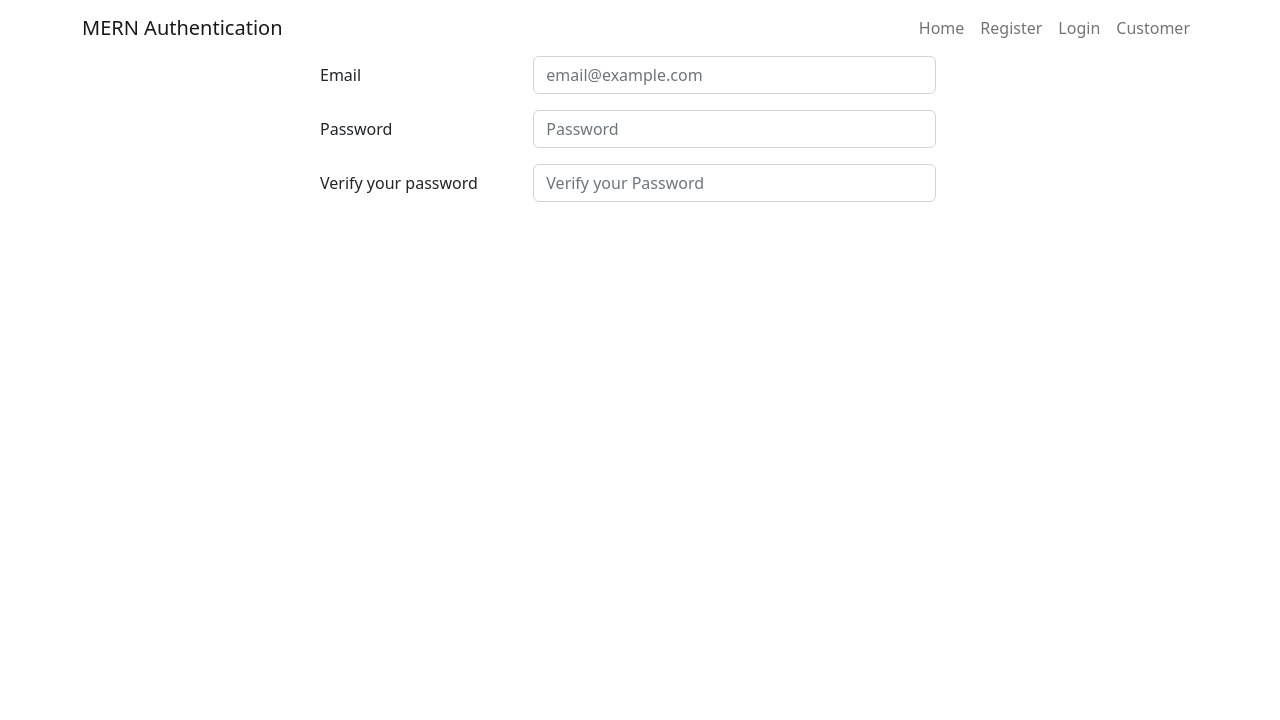
Repository: RubaHusam/MERN-Auth
Page: /register (app in frontend/)
An editor plug-in stored every save of this project. The page is shown before and after the next save, followed by the edit.
The browser window is 1280 px wide. The pictures show the whole page.
The project was rebuilt for these pictures with package versions that can differ from the ones it lists, and the page was loaded fresh each time.

Above is the page before, as saved 2023-01-27 19:02:45.

After the next save:
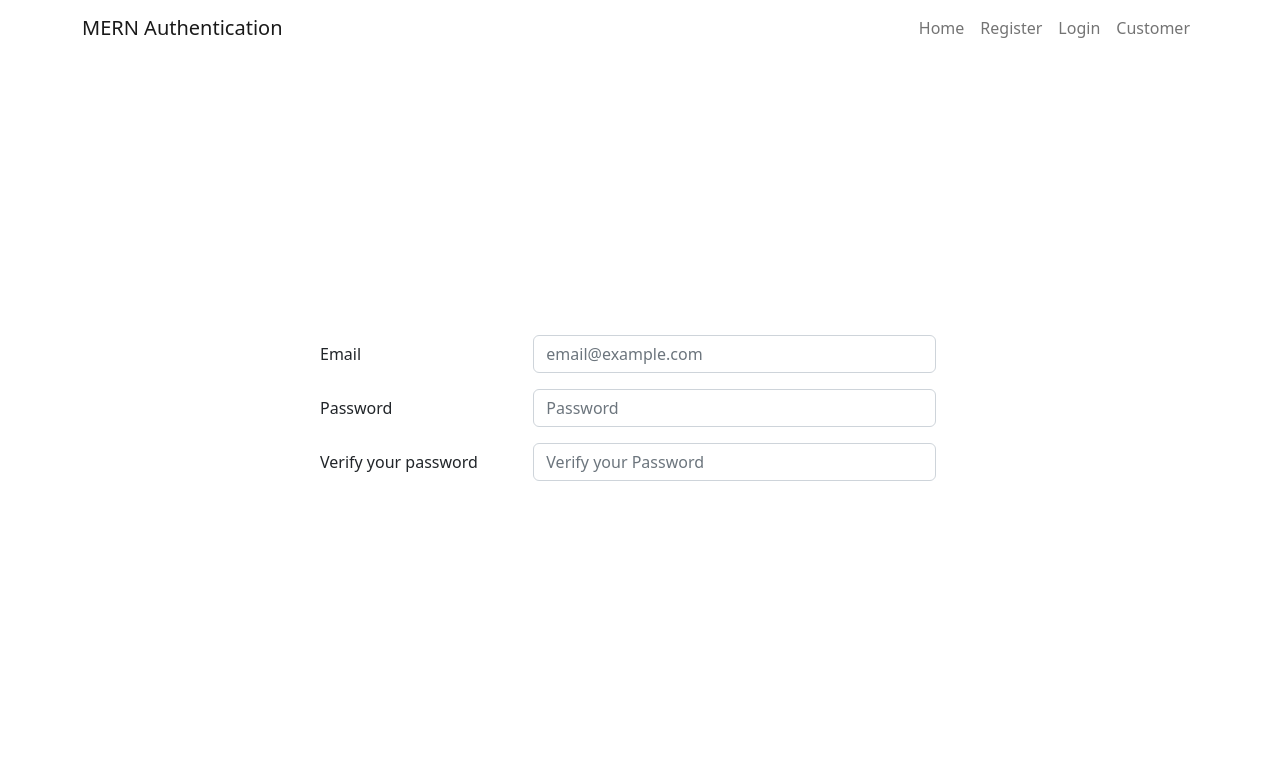
Saved 53 s later.
--- a/frontend/src/components/Auth/Register.js
+++ b/frontend/src/components/Auth/Register.js
@@ -3,7 +3,14 @@ import { Form, Row, Col } from 'react-bootstrap';
 
 export default function Register() {
   return (
-    <Row style={{ width: '100%', display: 'flex', justifyContent: 'center',	alignItems: "center" }}>
+    <Row
+      style={{
+        width: '100%',
+        display: 'flex',
+        justifyContent: 'center',
+        alignItems: 'center',
+        height: '100vh',
+      }}>
       <Form style={{ width: '50%' }}>
         {/* Email */}
         <Form.Group as={Row} className='mb-3' controlId='formPlaintextEmail'>
